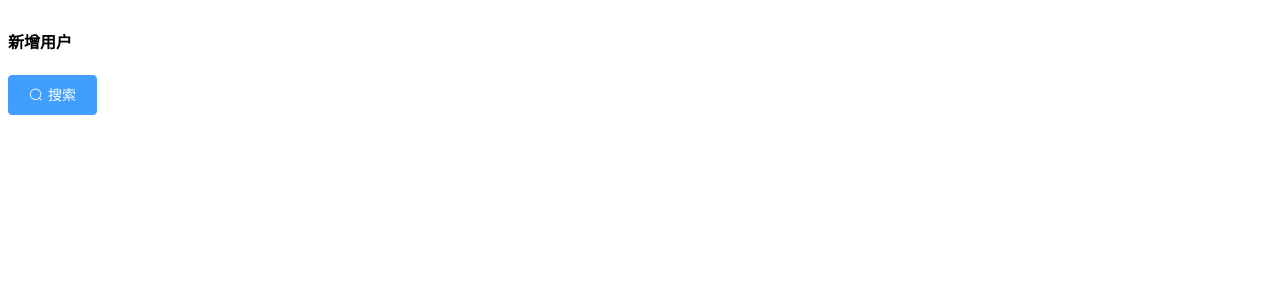
Repository: xinwuhao/New-user
Page: /
These files come from the project's save history. The page is drawn as it stood at one moment and after a run of saves; the edit follows.
The browser window is 1280 px wide. The pictures show the whole page.
The project was rebuilt for these pictures with package versions that can differ from the ones it lists, and the page was loaded fresh each time.

Above is the page before, as saved 2021-12-21 14:48:37.

### src/main.js
import Vue from 'vue'
import App from './App.vue'
import router from './router'
import store from './store'
import ElementUI from 'element-ui';
import 'element-ui/lib/theme-chalk/index.css';

Vue.use(ElementUI);
Vue.config.productionTip = false

new Vue({
  router,
  store,
  el: '#app',
  render: h => h(App)
}).$mount('#app')

### src/views/Home.vue
<template>
  <div class="container">
    <div class="content">
      <h4>新增用户</h4>
      <div>
        <el-button type="primary" icon="el-icon-search">搜索</el-button>
      </div>
    </div>
  </div>
</template>

<script>
//引入子组件

export default {
  name: "",
  props: {},
  data() {
    return {};
  },
  components: {},
  methods: {},
  mounted() {},
  computed: {},
  watch: {},
};
</script>

<style lang='scss' scoped>
.container {
   display: flex;
   justify-content: center;
}
.content {
   width: 1450px;
   /* 注意适配的宽度必须大于最小适配宽度 */
}
</style>

Loaded but not shown: public/index.html (common file); src/App.vue (common file); src/router/index.js (common file); src/store/index.js (common file)

After the next 2 saves:
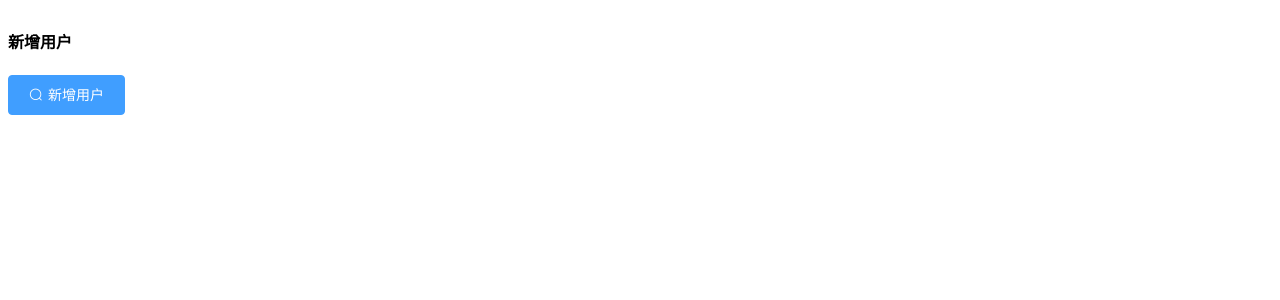
The 2 saves are shown as one change because they came seconds apart.
The last was saved 12 s later.
--- a/src/views/Home.vue
+++ b/src/views/Home.vue
@@ -3,7 +3,7 @@
     <div class="content">
       <h4>新增用户</h4>
       <div>
-        <el-button type="primary" icon="el-icon-search">搜索</el-button>
+        <el-button type="primary" icon="el-icon-search">新增用户</el-button>
       </div>
     </div>
   </div>
